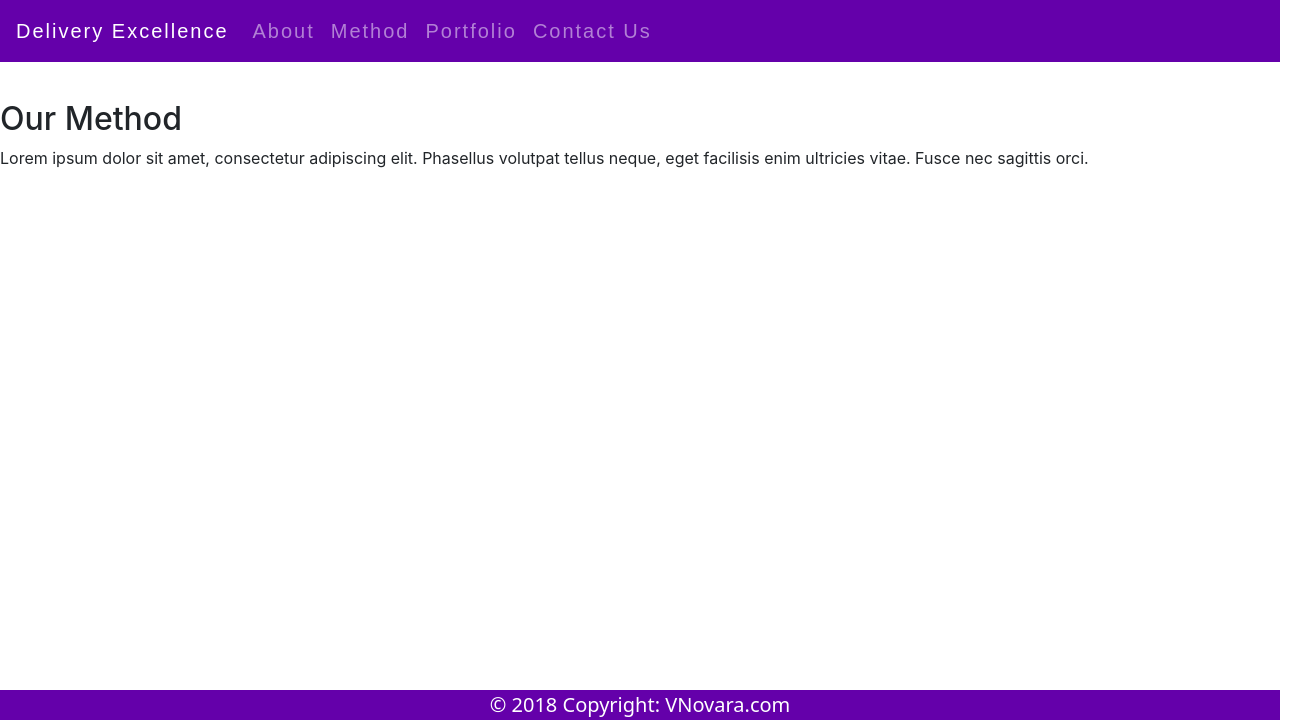
Repository: valenovi76/DeliveryExcellence
Page: method.html
The author's editor kept a record of every edit. The page is drawn from the files as they stood at one moment, then again after the next edit.
The browser window is 1280 px wide. The page is 1280 px wide, then 1295 px, so the pictures cover 1295 px, including what lies to the right of the window. The pictures show the whole page.
Some web libraries are served in a nearby version.

Above is the page before.

### method.html
<!DOCTYPE html>
<html lang="en">
<head>
    <meta charset="UTF-8">
    <meta name="viewport" content="width=device-width, initial-scale=1.0">
    <meta http-equiv="X-UA-Compatible" content="ie=edge">
    <link rel="stylesheet" href="https://stackpath.bootstrapcdn.com/bootstrap/4.3.1/css/bootstrap.min.css" integrity="sha384-ggOyR0iXCbMQv3Xipma34MD+dH/1fQ784/j6cY/iJTQUOhcWr7x9JvoRxT2MZw1T" crossorigin="anonymous">
    <link rel="stylesheet" href="https://use.fontawesome.com/releases/v5.9.0/css/all.css">
    <link rel="stylesheet" href="https://cdnjs.cloudflare.com/ajax/libs/hover.css/2.3.1/css/hover-min.css" type="text/css" />
    <link rel="stylesheet" href="./assets/style.css" type="text/css" />
    <title>Delivery Excellence Home</title>
</head>
<body>

        <div class="container">
                <nav class="navbar fixed-top navbar-expand-lg navbar-dark" style="background-color: #6400AA;">
                  <a class="navbar-brand" href="index.html">Delivery Excellence</a>
                  <button class="navbar-toggler" type="button" data-toggle="collapse" data-target="#navbarSupportedContent" aria-controls="navbarSupportedContent" aria-expanded="false" aria-label="Toggle navigation">
                    <span class="navbar-toggler-icon"></span>
                  </button>

                  <div class="collapse navbar-collapse" id="navbarSupportedContent">
                    <ul class="navbar-nav mr-auto">

                          <li class="nav-item">
                                <a class="nav-link" href="team.html">About</a>
                          </li>
                          <li class="nav-item">
                                <a class="nav-link" href="method.html">Method</a>
                          </li>
                           <li class="nav-item">
                                <a class="nav-link" href="portfolio.html">Portfolio</a>
                          </li>
                          <li class="nav-item">
                                <a class="nav-link" href="contact.html">Contact Us</a>
                          </li>
                    </ul>
                      </div>
                </nav>
        </div>

        <div class="container-fluid method-main">
            <section class="contact-pg">
                <h2>Our Method</h2>
                <p>Lorem ipsum dolor sit amet, consectetur adipiscing elit.
                Phasellus volutpat tellus neque, eget facilisis enim ultricies vitae.
                Fusce nec sagittis orci. </p>
                <div class="row contact">
                    <div class="col-md left-side"></div>

                    <div class="col-md right-side"></div>
                </div>

            </section>
        </div>


        <footer class="container-fluid font-small blue fixed-bottom">
                <div class="footer-copyright">
                    <a href="https://mdbootstrap.com/education/bootstrap/"> © 2018 Copyright: VNovara.com</a>
                </div>
        </footer>

</body>
</html>

### assets/style.css
/*--------------------------ColorPalette------------------*/
/*background : #C30D4C fucsia
background : #6400AA purple
background : #E60050 #E60050
background-color : #6400AA
color : #FFFFFF*?

/*----------------------------Header/Navbar-----------------------*/
.container-fluid{margin-left: 0px;
    margin-right: 0px;
    padding: 0px;
    margin-top: 100px;
}
.navbar{letter-spacing: 2px;
        font-family: "Noto sans", sans-serif;
        font-weight: lighter;
        font-size: 15px;
        color:#6400AA;
        text-align: center;


}

nav a {
    font-family: "Fjalla Ona", sans-serif;
    font-weight: 100;
    font-size: 20px;
    color:white;
    text-align: left;
}
nav a:hover {
  color: grey;
  text-decoration: none;
 }

/*----------------------------Main Section-----------------------*/

.home-page{
  margin-top:250px;
  margin-left: 50px;

}

.bckgrnd{
  height:100vh;
  background-image: url("../assets/bulb.jpg");
  background-repeat:no-repeat;
  background-size:cover;
  background-position:center center;
}
.main-content{
  padding-top:10px;
}

h1{font-family: "Fjalla Ona", sans-serif;
    font-weight: 200;
    font-size: 1000px;
    color:white;
    text-transform: uppercase;

}
/*----------------------------Footer-----------------------*/
.container-fluid{
    margin-left: 0px;
    margin-right:0px;
    padding:0px;
}
.footer-copyright{
    background-color:#6400AA;
    text-align: center;
}

.footer-copyright a {
    font-family:"Noto sans", sans-serif;
    font-weight:100;
    font-size:20px;
    color:white;
}
/*---------------------------Contact page ----------------------*/


.contact-pg {
  background:white;
}

i{
  text-align: center;
  display: inline-block;
  width: 100%;

}

h4 {
  font-family:"Fajalla Ona", sans-serif;
  font-size: 20px;
  text-transform:uppercase;
  color:#333333;
  margin-top: 10px;

}
.fa-phone{
      font-size: 3rem;
      margin-top: 50px;
      color:#C30D4C;
}

.fa-home{
      font-size: 3rem;
      margin-top: 50px;
      color:#C30D4C;
}

.fa-envelope-open-text{
      font-size: 3rem;
      margin-top: 50px;
      color:#C30D4C;
}

.phone{
  font-family: "Noto-sans", sans-serif;
  font-size:20px;
  font-weight: lighter;
  text-transform:uppercase;
  color:#C30D4C;
}

.phnum{
  font-family: "Noto-sans", sans-serif;
  font-size:20px;
  font-weight: lighter;
  color:#333333;
}

  address {
  font-family: "Noto-sans", sans-serif;
  font-size:20px;
  font-weight: lighter;
  color:#333333;
}

/*---------------------------Contact form-----------------------*/
.contact-main {
  text-align: center;
  }

.cont-form{
  flex-grow: 0;
  width:400px;
  padding-top:20px;
}




.cont-form input{
            font-family:"Fajalla Ona", sans-serif;
            text-transform:uppercase;
            text-align:left;
            width:350px;
            margin-top:0px;
            height:30px;

            }

.cont-form  input[type=textarea] {
            height:100px;
        }

.btn{margin-top:20px;
            background-color:#C30D4C;

        }
input:hover {
  background: #EEEEEE;
  color: #333333;
}

.gmap {margin-top:20px;}


/*----------------------------The team-----------------------*/

.team-main {margin-top:200px;}
.team-main p {margin-top:10px;}
h6 {margin-top: 40px;}

.main{
  padding-top: 50px;
  margin-left: 10px;

}



.title{
    font-family: "Nato sans", sans-serif;
    font-weight:lighter;
    text-transform: uppercase;
    font-size: 100;
    color:grey;
    margin-left:10px;

}


img {
  height:146px;
  width:146px;
  margin-top: 40px;
  border-radius: 50%;
}

After the next edit:
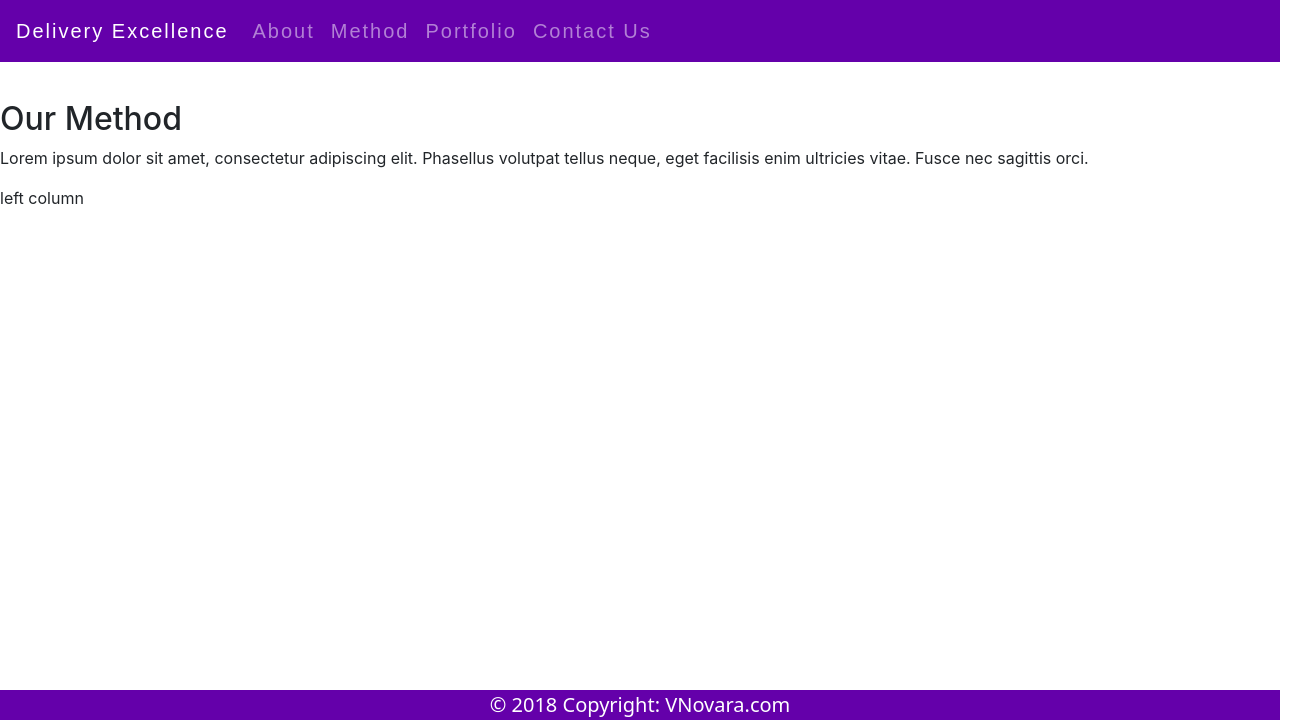
The edit:
--- a/method.html
+++ b/method.html
@@ -46,7 +46,7 @@
                 Phasellus volutpat tellus neque, eget facilisis enim ultricies vitae.
                 Fusce nec sagittis orci. </p>
                 <div class="row contact">
-                    <div class="col-md left-side"></div>
+                    <div class="col-md left-side">left column</div>
 
                     <div class="col-md right-side"></div>
                 </div>
